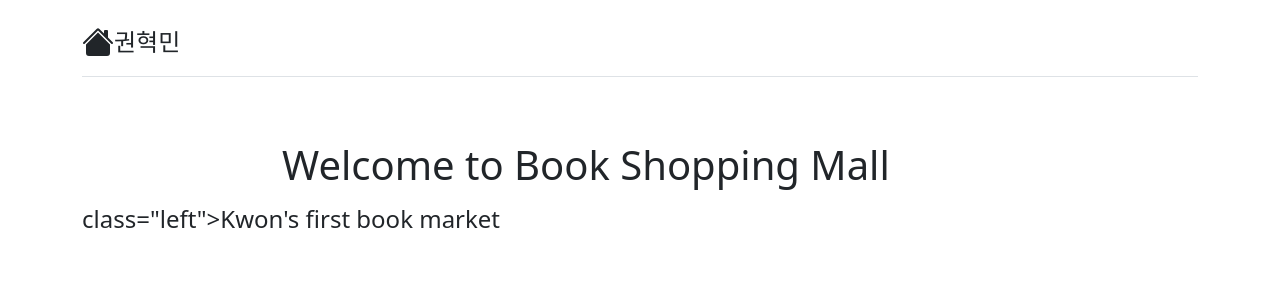
Repository: minn0701/JSP-Webbprogramming
Page: http://localhost/BookMarket/Welcome.jsp
The author's editor kept a copy of each file at every save. The page is drawn from the files as they stood at one save, then again after the next save.
The browser window is 1280 px wide. The pictures show the whole page.
The page is served by Tomcat 9.

Above is the page before, as saved 2024-03-20 12:33:14.

After the next save:
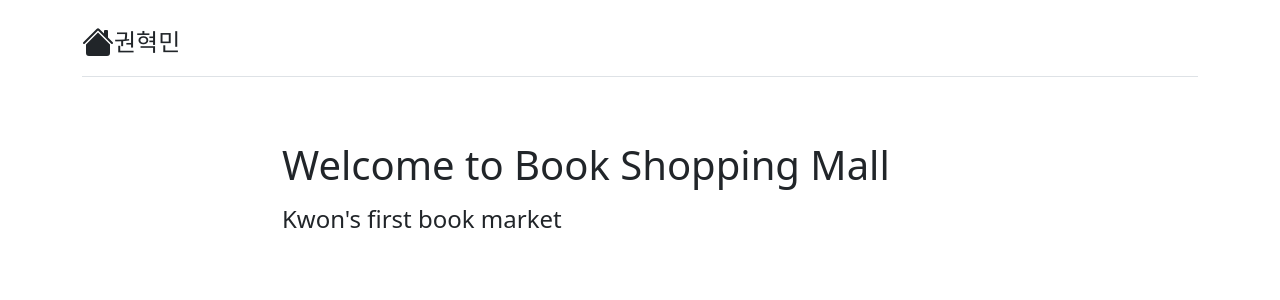
Saved 7 s later.
--- a/BookMarket/src/main/webapp/Welcome.jsp
+++ b/BookMarket/src/main/webapp/Welcome.jsp
@@ -36,7 +36,7 @@
 
 
       <p><h1 class="left"><%= greet %> </h1><p>
-      <h4> class="left"><%= introduce %> </h4>
+      <h4 class="left"><%= introduce %> </h4>
 
 </div>
 
